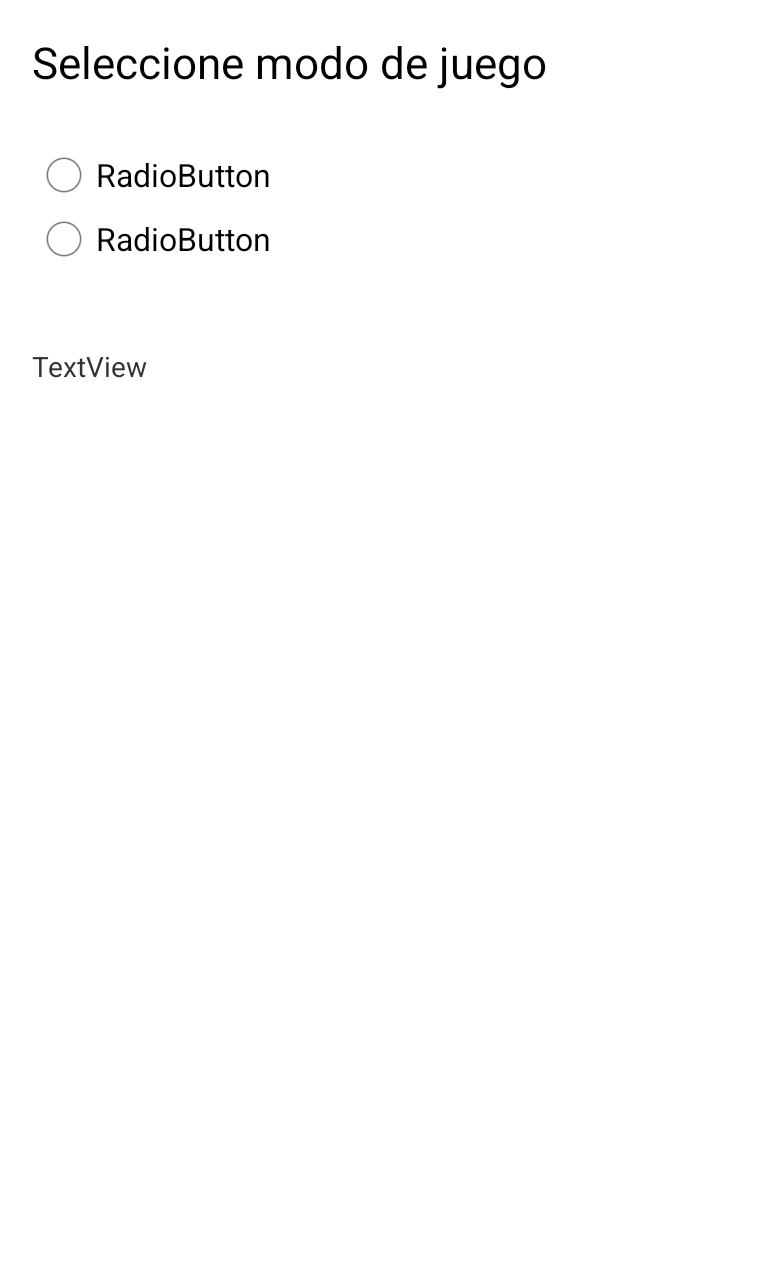
Repository: ivan-yc/miProyecto
Layout: TresEnRaya/res/layout/activity_main.xml
These files come from the project's save history. The layout is drawn as it stood at one moment and after the next save; the edit follows.
It is drawn on a 768 x 1280 px phone screen (xhdpi) without system bars, with theme AppTheme; the app's code is not run.

Above is the layout before, as saved 2013-05-16 20:06:33.

After the next save:
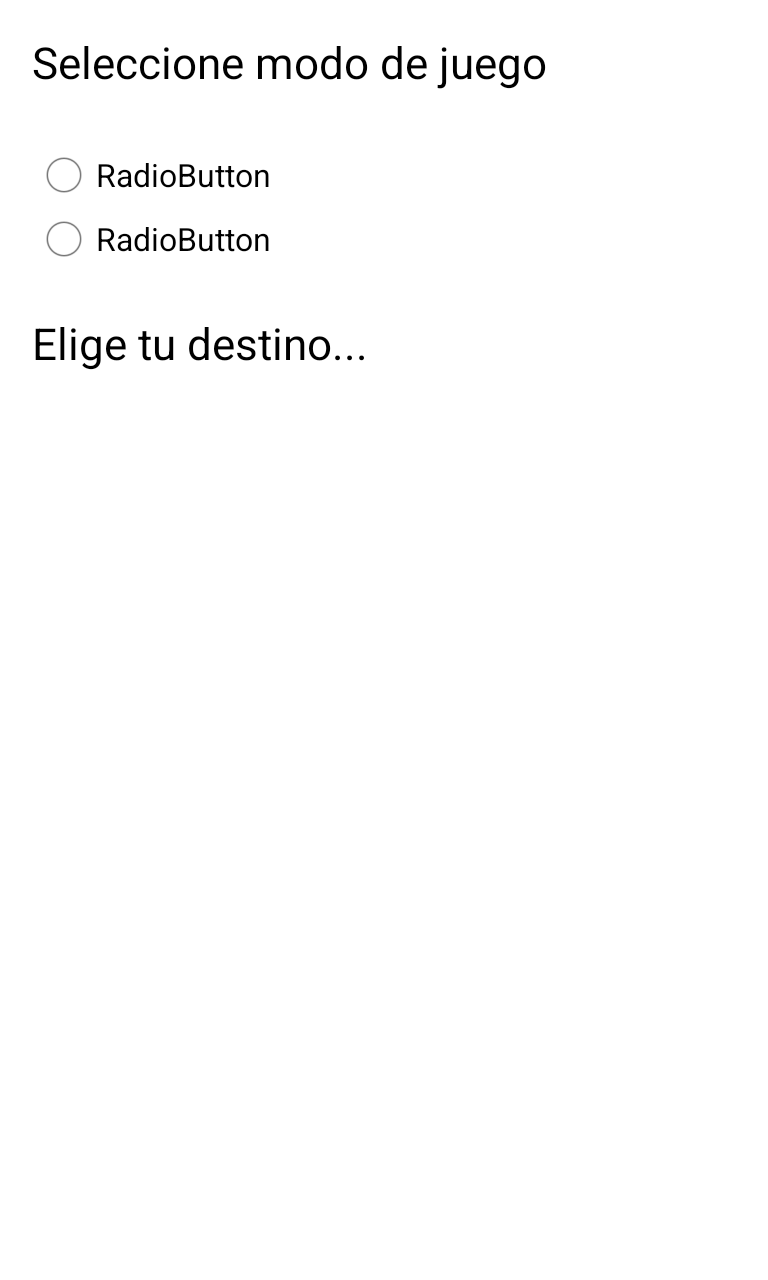
Saved 62 s later.
--- a/TresEnRaya/res/layout/activity_main.xml
+++ b/TresEnRaya/res/layout/activity_main.xml
@@ -41,7 +41,8 @@
         android:layout_height="wrap_content"
         android:layout_alignLeft="@+id/radioButton2"
         android:layout_below="@+id/radioButton2"
-        android:layout_marginTop="38dp"
-        android:text="TextView" />
+        android:layout_marginTop="21dp"
+        android:text="Elige tu destino..."
+        android:textAppearance="?android:attr/textAppearanceLarge" />
 
 </RelativeLayout>
